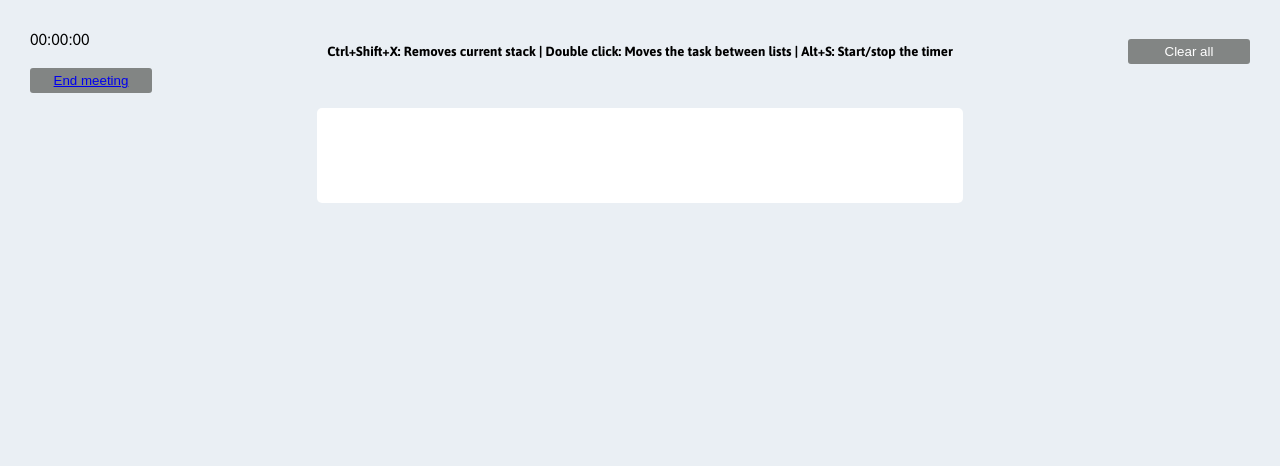
Repository: litalsh/Meeting-Managment-App
Page: /
An editor plug-in stored every save of this project. The page is shown before and after the next save, followed by the edit.
The browser window is 1280 px wide. The pictures show the whole page.
The project was rebuilt for these pictures with package versions that can differ from the ones it lists, and the page was loaded fresh each time. Also part of the build but not shown: src/components/Notes/Note.js, src/components/Template/Template.js, src/components/Task/Task.css, src/components/Task/Task.js.

Above is the page before, as saved 2021-01-17 13:03:31.

### src/App.js
import './App.css';
import React from 'react';
import Stack from './components/Stack/Stack';
import GlobalTime from './components/GlobalTime/GlobalTime';
import MeetingContextProvider from './Context/store';
import Heap from './components/Heap/Heap';
import Notes from './components/Notes/Notes';
import CurrentTask from './components/CurrentTask/CurrentTask';
import Header from './components/Header/Header';
import { Route, BroeserRouter, BrowserRouter } from 'react-router-dom';
import Template from './components/Template/Template';


function App() {

  return (
    <BrowserRouter>
    <div className="App">
      <MeetingContextProvider>
        <Route exact path='/' component={Header} />
        <Route exact path='/' component={CurrentTask} />

        {/* <Header />
        <CurrentTask />
        <Stack />
        <Notes />
        <Heap /> */}
        <Route path='/template' component={Template} />
      </MeetingContextProvider>
    </div>
    </BrowserRouter>
  );
}

export default App;

### src/App.css
@import url('https://fonts.googleapis.com/css2?family=Asap:wght@400;500;600;700&display=swap');


body{
  font-family: 'Asap', sans-serif;
  background-color:  #eaeff4;
 }

 ::placeholder {
  font-family: 'Asap', sans-serif;

 }

.App {
  display: grid;
  grid-template-columns: repeat(6, 1fr);
  grid-gap: 15px;
  margin: 10px 30px;
}

ul {
  list-style-type: none;
  margin: 0;
  padding: 0;
}

legend {
  margin: 0 auto;
  font-size: 1.2rem;
  font-weight: 500;
  background-color: #00f0c4;
  padding: 5px 15px;
  color: #fff;
  border-radius: 3px;
 }

 fieldset {
   border-radius: 5px;
 }

### src/components/GlobalTime/GlobalTime.js
import React, { useState, useEffect, useContext } from 'react';
import './GlobalTime.css';
import { meetingContext } from '../../Context/store';


const GlobalTime = () => {
  const { clock, startingTime } = useContext(meetingContext);

  const [globalTimer, setGlobalTimer] = useState(Math.floor((new Date().getTime() - startingTime) / 1000));
  let time = clock(globalTimer);

  useEffect(() => {
    const id = window.setInterval(() => {
      setGlobalTimer(Math.floor((new Date().getTime() - startingTime) / 1000));
    }, 60000);
    console.log(globalTimer)
    return () => window.clearInterval(id);

  }, [])

  return (
    <div className='global-timer'>{time.hours}:{time.minutes}:{time.seconds}</div>
  );
}

export default GlobalTime;

### src/Context/store.js
import React, { useState, createContext, useEffect } from 'react';
import useLocalStorage from '../hooks/useLocalStorage';
import { v4 as uuidv4 } from "uuid";
import Template from '../components/Template/Template';


export const meetingContext = createContext();


const MeetingContextProvider = (props) => {

  const [stack, setStack] = useLocalStorage('stack', []);
  const [heap, setHeap] = useLocalStorage('heap', []);
  const [notes, setNotes] = useLocalStorage('notes', []);
  const [stackHistory, setStackHistory] = useLocalStorage('stackHistory', []);
  const [currentTaskTimer, setCurrentTaskTimer] = useState(stack[0] !== undefined ? Math.floor((new Date().getTime() - stack[stack.length - 1].time) / 1000) : 0);
  let startingTime = new Date().getTime();

  // Create a new stack task
  const newStackHandler = (event) => {
    if (event.which === 13 && event.target.value !== '') {
      setStack([
        ...stack,
        { id: uuidv4(), type: 'stack', topic: event.target.value, time: new Date().getTime() }
      ]);
      setStackHistory([
        ...stackHistory,
        { id: uuidv4(), type: 'stack', topic: event.target.value, time: new Date().getTime() }
      ])
      event.target.value = '';
      console.log(stack)
      setCurrentTaskTimer(Math.floor((new Date().getTime() - new Date().getTime()) / 1000));
    };
  };

  // Create a new heap task
  const newHeapHandler = (event) => {
    if (event.which === 13 && event.target.value !== '') {
      setHeap([
        ...heap,
        { id: uuidv4(), type: 'heap', topic: event.target.value, time: new Date().getTime() }
      ]);
      event.target.value = '';
    };
  };

  // Remove a task
  const taskRemoveHandler = (id, type) => {
    if (type === 'stack') {
      const taskIndex = stack.findIndex(task => {
        return task.id === id;
      });

      let tempList = [...stack];
      tempList.splice(taskIndex, 1);
      setStack(tempList);
      console.log(taskIndex)
      setCurrentTaskTimer(stack[taskIndex - 1] !== undefined ? Math.floor((new Date().getTime() - stack[taskIndex - 1].time) / 1000) : 0);
    };

    if (type === 'heap') {
      const taskIndex = heap.findIndex(task => {
        return task.id === id;
      });

      let tempList = [...heap];
      tempList.splice(taskIndex, 1);
      setHeap(tempList)
      console.log(taskIndex)
    };
    return console.log('taskRmoveHandler: ', stack);

  }

  const clock = (time) => {
    let minutes = Math.floor(time / 60);
    let seconds = Math.abs(time % 60);
    let hours = Math.floor(time / 3600);
    minutes = minutes.toString().length === 1 ? "0" + minutes : minutes;
    seconds = seconds.toString().length === 1 ? "0" + seconds : seconds;
    hours = hours.toString().length === 1 ? "0" + hours : hours;
    return ({ hours: hours, minutes: minutes, seconds: seconds })
  }

  const keyboardRemoveHandler = (e) => {
    if (e.ctrlKey && e.shiftKey && e.which === 88) {
      let stackLength = stack.length;
      let tempStack = [...stack];
      tempStack.splice(tempStack.length - 1, 1);
      setStack(tempStack);
      setCurrentTaskTimer(stack[stackLength - 2] !== undefined ? Math.floor((new Date().getTime() - stack[stackLength - 2].time) / 1000) : 0);
      console.log(currentTaskTimer)
    }
  }

  // remove from stack with the keyboard
  useEffect(() => {
    if (document) {
      document.addEventListener('keydown', keyboardRemoveHandler);
    }
    return () => {
      document.removeEventListener('keydown', keyboardRemoveHandler);
    }
  }, [stack]);

  const changeListHandler = (id, type) => {
    // move task from stack to heap
    if (type === 'stack') {
      const taskIndex = stack.findIndex(task => {
        return task.id === id;
      });
      setHeap([...heap, { id: stack[taskIndex].id, type: 'heap', topic: stack[taskIndex].topic, time: stack[taskIndex].time }]);

      let tempStack = [...stack];
      tempStack.splice(taskIndex, 1);
      setStack(tempStack);
      console.log('change to heap ', stack, '  ', heap)
    };
    // move task from heap to stack
    if (type === 'heap') {
      const taskIndex = heap.findIndex(task => {
        return task.id === id;
      });
      setStack([...stack, { id: heap[taskIndex].id, type: 'stack', topic: heap[taskIndex].topic, time: new Date().getTime }]);
      setStackHistory([...stackHistory, { id: heap[taskIndex].id, topic: heap[taskIndex].topic, time: new Date().getTime }]);

      let tempHeap = [...heap];
      tempHeap.splice(taskIndex, 1);
      setHeap(tempHeap);
      console.log('change to stack ', stack, '  ', heap)
    };


  }

  const clearAllHandler = () => {
    setStack([]);
    setHeap([]);
    setNotes([]);
    setStackHistory([]);
    startingTime = new Date().getTime();
  }

  const endMeetingHandler = () => {

  }

  const downloadSummaryHandler = () => {
    const element = document.createElement("a");
    const file = new Blob([<Template />], { type: "text/plain" });
    element.href = URL.createObjectURL(file);
    element.download = "meetingSummary.rtf";
    document.body.appendChild(element);
    element.click();
    clearAllHandler();
  }


  return (
    <meetingContext.Provider value={
      {
        stack,
        setStack,
        heap,
        notes,
        setNotes,
        stackHistory,
        startingTime,
        newStackHandler,
        newHeapHandler,
        taskRemoveHandler,
        changeListHandler,
        clock,
        currentTaskTimer,
        setCurrentTaskTimer,
        clearAllHandler,
        endMeetingHandler,
        downloadSummaryHandler
      }
    }>
      {props.children}
    </meetingContext.Provider>
  );
}

export default MeetingContextProvider;

### src/components/CurrentTask/CurrentTask.js
import React, { useState, useEffect, useContext } from 'react';
import { meetingContext } from '../../Context/store';
import './CurrentTask.css';


const CurrentTask = () => {

  const { stack, clock, currentTaskTimer, setCurrentTaskTimer } = useContext(meetingContext);

  // Current task timer (every 30 secs)
  useEffect(() => {
    if (stack[0] !== undefined) {
      const id = window.setInterval(() => {
        setCurrentTaskTimer(Math.floor((new Date().getTime() - stack[stack.length - 1].time) / 1000));
      }, 30000);
      return () => window.clearInterval(id);
    }
  });

  // Start bars count (every 60 secs)
  let n = 0;
  const [bars, setBars] = useState([]);
  useEffect(() => {
    if (stack[0] !== undefined) {
      const id = window.setInterval(() => {
        n += 1;
        let tempBars = [...bars];
        tempBars.push({ id: n });
        setBars(tempBars);
        console.log(bars)
      }, 60000);
      return () => window.clearInterval(id);
    }
  }, [bars]);

  // Restart bars count on stack change
  useEffect(() => {
    n = 0;
    setBars([]);
  },[stack])

  let time = clock(currentTaskTimer);
  console.log('current ', currentTaskTimer);

  const taskExists = () => {
    return (
      <>
        {time.minutes}:{time.seconds}
      </>
    )
  };

  const TimeBar = () => {
    return (
      <div className='time-bars'></div>
    )
  };

  return (
    <div className='current-task-container'>
      <div className='current-timer'><h4>{stack[0] !== undefined ? (taskExists()) : null}</h4></div>
      <div className='current-title'><h1>{stack[0] !== undefined ? stack[stack.length - 1].topic : null}</h1></div>
      <div className='current-task-background'>
        {bars.map((bar, id) => (<TimeBar key={id} />))}
      </div>
    </div>
  );
}

export default CurrentTask;

### src/components/Header/Header.js
import React, { useContext } from 'react';
import GlobalTime from '../GlobalTime/GlobalTime';
import { meetingContext } from '../../Context/store';
import './Header.css';
import {Link} from 'react-router-dom';



const Header = () => {

  const { clearAllHandler, endMeetingHandler,downloadSummaryHandler } = useContext(meetingContext);


  return (
    <header className='header'>
      <div className='header-left'>
        <GlobalTime />
        <button className='end-meeting-btn' ><Link to='/template'>End meeting</Link></button>
      </div>
      <div className='header-center'>
        <h5 className="instructions">Ctrl+Shift+X: Removes current stack  |  Double click: Moves the task between lists  |  Alt+S: Start/stop the timer</h5>
      </div>
      <div className='header-right'>
        <button className='clear-btn' onClick={clearAllHandler}>Clear all</button>
      </div>
    </header>
  );
}

export default Header;

### src/components/GlobalTime/GlobalTime.css
.global-timer {
  grid-column: 1/7;
  margin: 20px auto;
}

### src/hooks/useLocalStorage.js
import { useState, useEffect } from "react";

const PREFIX = 'meeting-manament-';


const useLocalStorage = (key, initialValue) => {
  const prefixedKey = PREFIX + key
  const [value, setValue] = useState(() => {
    const jsonValue = localStorage.getItem(prefixedKey)
    if (jsonValue != null) return JSON.parse(jsonValue)
    if (typeof initialValue === 'function') {
      return initialValue()
    } else {
      return initialValue
    }
  })

  useEffect(() => {
    localStorage.setItem(prefixedKey, JSON.stringify(value))
  }, [prefixedKey, value])

  return [value, setValue]
}


export default useLocalStorage;

### src/components/CurrentTask/CurrentTask.css
.current-task-container {
  grid-column: 2/6;
  text-align: center;
  background-color: #fff;
  width: 80%;
  margin: 0 auto;
  border-radius: 5px;
  height: 95px;
  display: flex;
  flex-direction: column;
}

.current-title > h1 {
  margin: 0;
}

.current-timer {
  margin-top: 10px;
}

.current-timer > h4 {
  margin: 0;
}

.current-title {
  margin: 10px;
  position: relative;
  z-index: 3;
}

.current-task-background {
  display: flex;
  flex-flow: nowrap;
  width: 100%;
  height: 25%;
  position: relative;
  z-index: 0;

}

.time-bars {
  height: 100%;
  background-color: deeppink;
  margin: 0 3px;
  width: 10%;
  border-radius: 5px;
}

### src/components/Header/Header.css
.header {
  grid-column: 1/7;
  display: flex;
  justify-content: space-between;
  align-items: center;
}

.header-left {
  width: 25%;
}

.header-center {
  width: 75%;
}

.instructions {
  text-align: center;
  width: 100%;
}

.header-right {
  display: flex;
  justify-content: flex-end;
  width: 25%;


}

.clear-btn, .end-meeting-btn{
  width: 50%;
  border: none;
  background-color: #828584;
  padding: 5px 15px;
  color: #fff;
  border-radius: 3px;
}

### src/components/Stack/Stack.js
import React, { useContext } from 'react';
import Task from '../Task/Task';
import { meetingContext } from '../../Context/store';
import './Stack.css';

const Stack = () => {

  const { stack, newStackHandler, taskRemoveHandler, changeListHandler } = useContext(meetingContext);

  return (

      <fieldset className="stack-container">
        {console.log('stack: ', stack)}
        <legend>Stack</legend>
        <ul className="stack-list">
          {stack !== undefined ? stack.map((task, id) => (
            <Task key={id}
            time={task.time}
            title={task.topic}
            type={task.type}
            remove={() => taskRemoveHandler(task.id, task.type)}
            changeList={() => changeListHandler(task.id, task.type)} />
          )) : null}
        </ul>
        <input type="text" placeholder="Add a task to stack" onKeyDown={newStackHandler} className='stack-input' autoFocus aria-flowto='heap-input' />
      </fieldset>

  );
}

export default Stack;

### src/components/Heap/Heap.js
import React, { useContext } from 'react';
import Task from '../Task/Task';
import { meetingContext } from '../../Context/store';
import MeetingContextProvider from '../../Context/store';
import './Heap.css';

const Heap = () => {
  const { heap, newHeapHandler, taskRemoveHandler, changeListHandler } = useContext(meetingContext);


  return (
    <MeetingContextProvider>
      <fieldset className="heap-container">
        <legend>Heap</legend>
        <input type="text" placeholder="Add a task to heap" onKeyDown={newHeapHandler} className='heap-input' aria-flowto='notes-input' />
        <ul className="heap-list">
          {heap[0] !== undefined ? heap.map((task, id) => (
            <Task key={id}
            title={task.topic}
            type={task.type}
            remove={() => taskRemoveHandler(task.id, task.type)}
            changeList={() => changeListHandler(task.id, task.type)} />
          )) : null}
        </ul>
      </fieldset>
    </MeetingContextProvider>
  );
}

export default Heap;

### src/components/Notes/Notes.js
import React, { useContext, useState } from 'react';
import './Notes.css';
import { meetingContext } from '../../Context/store';
import Note from './Note';


const Notes = () => {
  const { stack, setStack, notes, setNotes } = useContext(meetingContext);

  const newNoteHandler = (event) => {
    if (event.which === 13 && event.target.value !== '') {
      let tempStack = [...stack];
      tempStack[tempStack.length - 1].notes ? tempStack[tempStack.length - 1].notes.push(event.target.value) : tempStack[tempStack.length - 1].notes = [event.target.value];
      setStack(tempStack);

      let tempNotes = [...notes];
      let noteIndex = tempNotes.findIndex(obj => {return obj.topic === stack[stack.length-1].topic});
      noteIndex === -1 ? tempNotes.push({topic: stack[stack.length-1].topic, notes: [event.target.value], id: stack[stack.length-1].id }) : tempNotes[noteIndex].notes.push(event.target.value);
      setNotes(tempNotes);
      event.target.value = '';
    };
  }

  return (
    <fieldset className='notes-container'>
      <legend>Notes</legend>
      <input type='text' placeholder="Add a note for the current stack" className='notes-input' onKeyDown={newNoteHandler} aria-flowto='stack-input' />
      <dl>
        {notes[0] !== undefined ? notes.map((task, id) => (
          task.notes !== undefined ?
          <Note
            key={id}
            title={task.topic}
            notes={task.notes}
          /> : null
        )) : null}
      </dl>
    </fieldset>
  );
}

export default Notes;

### src/components/Stack/Stack.css
.stack-container {
  grid-column: 1/4;
}

.stack-input {
  border: 2px solid #00f0c4;
  width: 100%;
  line-height: 40px;
  margin: 5px auto;
  position: relative;
  text-align: center;
  border-radius: 5px;
  font-size: 1.3rem;
  padding: 0;
}

.stack-list {
  display: flex;
  flex-direction: column-reverse;
  justify-content: center;
}

.stack-item {
  width: 100%;
}

### src/components/Heap/Heap.css
.heap-container {
  grid-column: 1/7;
  display: flex;
  flex-direction: column;
}

.heap-list {
  display: grid;
  grid-template-columns: repeat(4,1fr);
  grid-gap: 5px 20px;
}

.heap-list>.task-item {
  width: 100%;
}

.heap-input {
  border: 1px solid #ccc;
  width: 70%;
  line-height: 1.8em;
  margin: 5px auto;
  position: relative;
  text-align: center;
  border-radius: 5px;
  font-size: 1rem;
  padding: 0;
}

### src/components/Notes/Notes.css
.notes-container {
  grid-column: 4/7;
}

.notes-input {
  border: 1px solid #ccc;
  width: 100%;
  line-height: 1.8em;
  margin: 5px auto;
  position: relative;
  text-align: center;
  border-radius: 5px;
  font-size: 1rem;
  padding: 0;
}

.notes-container dt {
  font-weight: 600;
}

.notes-container dl {
  font-size: 0.9em;
}

Loaded but not shown: public/index.html (common file); src/index.js (common file); src/index.css (common file); src/reportWebVitals.js (common file)

After the next save:
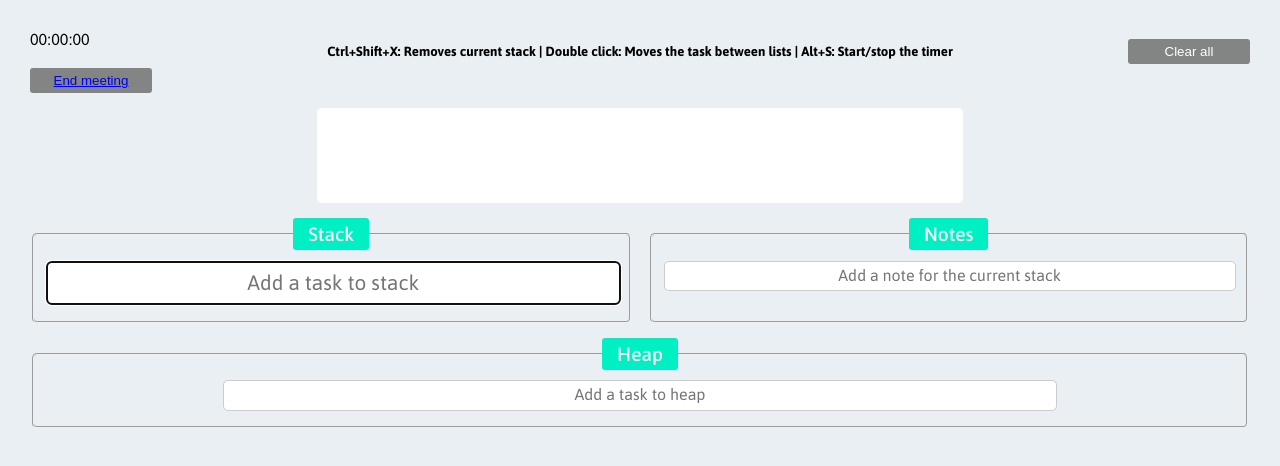
Saved 31 s later.
--- a/src/App.js
+++ b/src/App.js
@@ -19,7 +19,9 @@ function App() {
       <MeetingContextProvider>
         <Route exact path='/' component={Header} />
         <Route exact path='/' component={CurrentTask} />
-
+        <Route exact path='/' component={Stack} />
+        <Route exact path='/' component={Notes} />
+        <Route exact path='/' component={Heap} />
         {/* <Header />
         <CurrentTask />
         <Stack />
